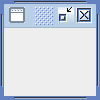
Repository: raul-villalva/laboratorio_2013
Program's window: java Practica4/src/Ventana/Ventana.java
The author's editor kept a copy of each file at every save. The program's window is drawn from the files as they stood at one save, then again after the next save.
It runs on Java 21 on a 1366 x 768 screen with the Metal look.

Above is the program's window before, as saved 2013-09-26 17:29:45.

### Practica4/src/Ventana/Ventana.java
package Ventana;

import java.awt.BorderLayout;

import javax.swing.JButton;
import javax.swing.JFrame;
import javax.swing.JPanel;

public class Ventana extends JFrame {

	/**
	 *
	 */
	private static final long serialVersionUID = 1L;


	public Ventana(){

		setSize(100,100);

		JPanel panel= new JPanel();
		JButton boton = new JButton("lalalala");


		add(panel,BorderLayout.CENTER);

	}


	public static void main(String[] args) {
	    Ventana ven = new Ventana();
	    ven.setVisible(true);
	}

}

After the next save:
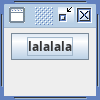
Saved 14 s later.
--- a/Practica4/src/Ventana/Ventana.java
+++ b/Practica4/src/Ventana/Ventana.java
@@ -20,7 +20,7 @@
 
 		JPanel panel= new JPanel();
 		JButton boton = new JButton("lalalala");
-
+	    panel.add(boton);
 
 		add(panel,BorderLayout.CENTER);
 
